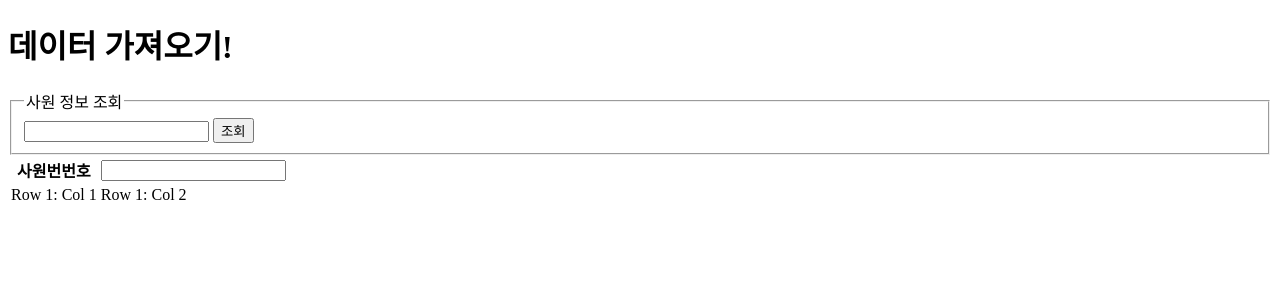
Repository: whdkwhdk90/JAVA
Page: 실습 코드/7. AJAX/UI_JQ_Ajax/WebContent/jq09_ajax.html
These files come from the project's save history. The page is drawn as it stood at one moment and after the next save; the edit follows.
The browser window is 1280 px wide. The pictures show the whole page.

Above is the page before, as saved 2020-06-22 03:50:13.

After the next save:
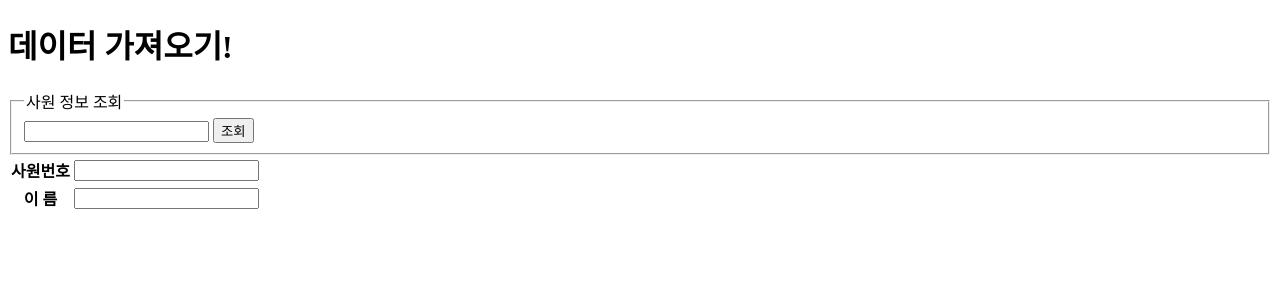
Saved 42 s later.
--- a/실습 코드/7. AJAX/UI_JQ_Ajax/WebContent/jq09_ajax.html
+++ b/실습 코드/7. AJAX/UI_JQ_Ajax/WebContent/jq09_ajax.html
@@ -14,12 +14,12 @@
 	</fieldset>
 	<table>
 		  <tr>
-			    <th>사원번번호</th>
-			    <th><input type="text" name="empNum"></th>
+			    <th>사원번호</th>
+			    <td><input type="text" name="empNum"></td>
 		  </tr>
 		  <tr>
-			    <td>Row 1: Col 1</td>
-			    <td>Row 1: Col 2</td>
+			    <th>이 름</th>
+			    <td><input type="text" name="empNum"></td>
 		  </tr>
 	</table>
 
